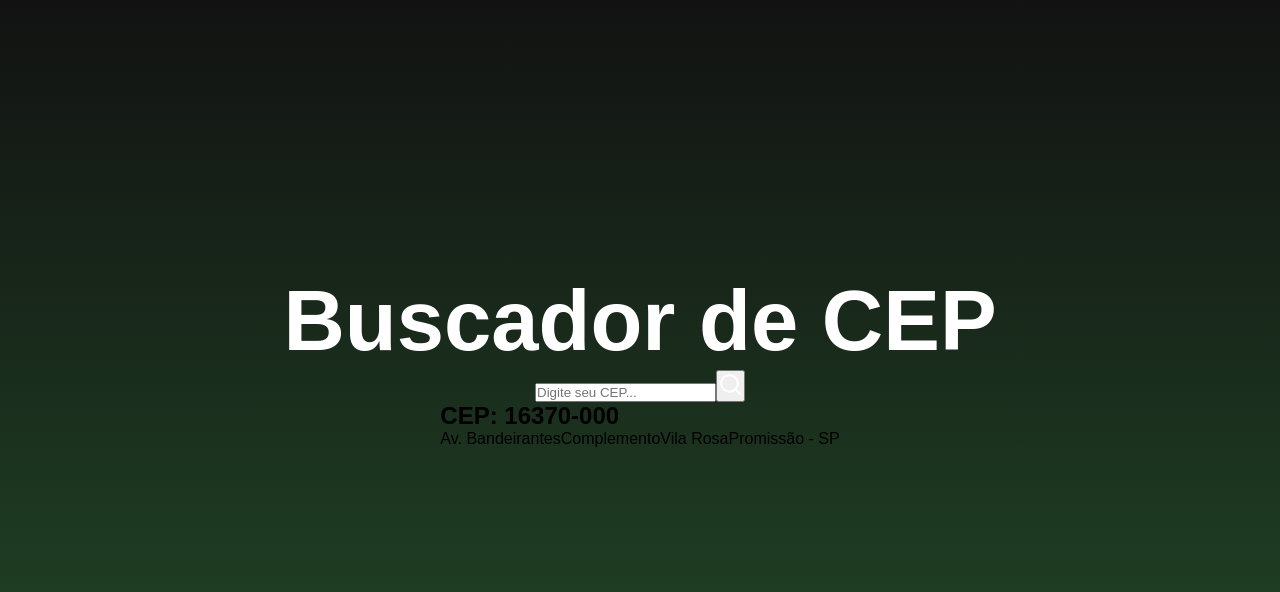
Repository: guipolo09/buscador-de-cep
Page: /
These files come from the project's save history. The page is drawn as it stood at one moment and after the next save; the edit follows.
The browser window is 1280 px wide. The pictures show the whole page.
The project was rebuilt for these pictures with package versions that can differ from the ones it lists, and the page was loaded fresh each time.

Above is the page before, as saved 2022-06-26 11:34:20.

After the next save:
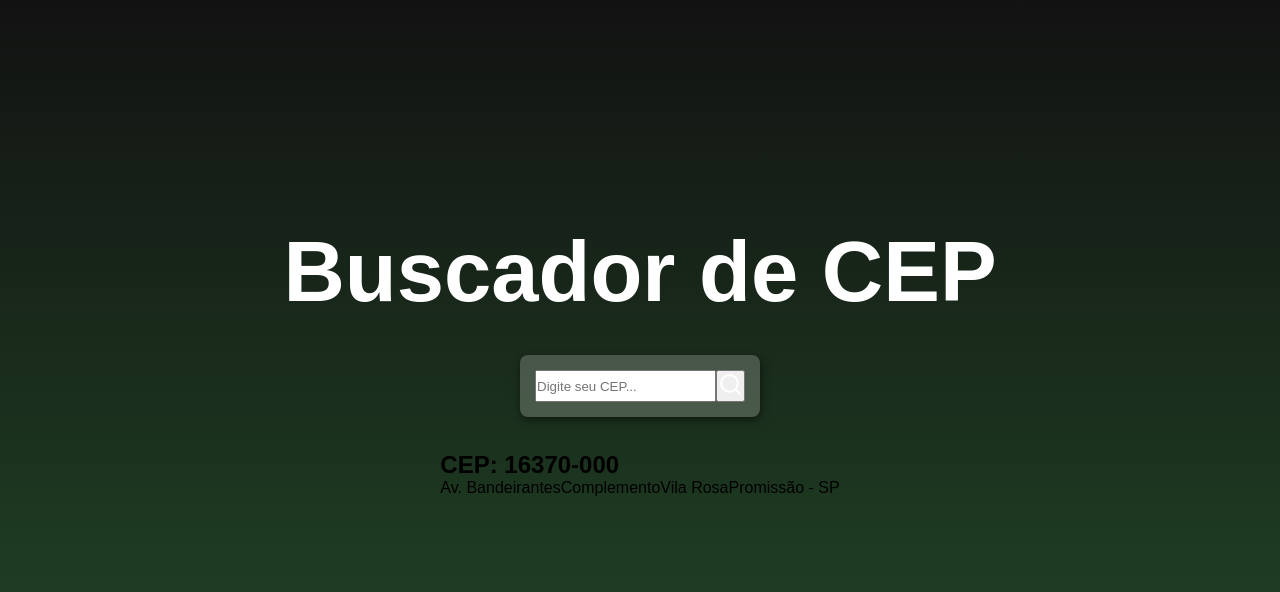
Saved 29 min 3 s later.
--- a/src/styles.css
+++ b/src/styles.css
@@ -21,3 +21,12 @@
     transform: rotateX(0deg);
   }
 }
+
+.containerInput {
+  background-color: rgba(255, 255, 255, 0.2);
+  padding: 15px;
+  margin: 34px 0;
+  display: flex;
+  border-radius: 8px;
+  box-shadow: 1px 3px 8px rgba(0, 0, 0, 0.5);
+}
